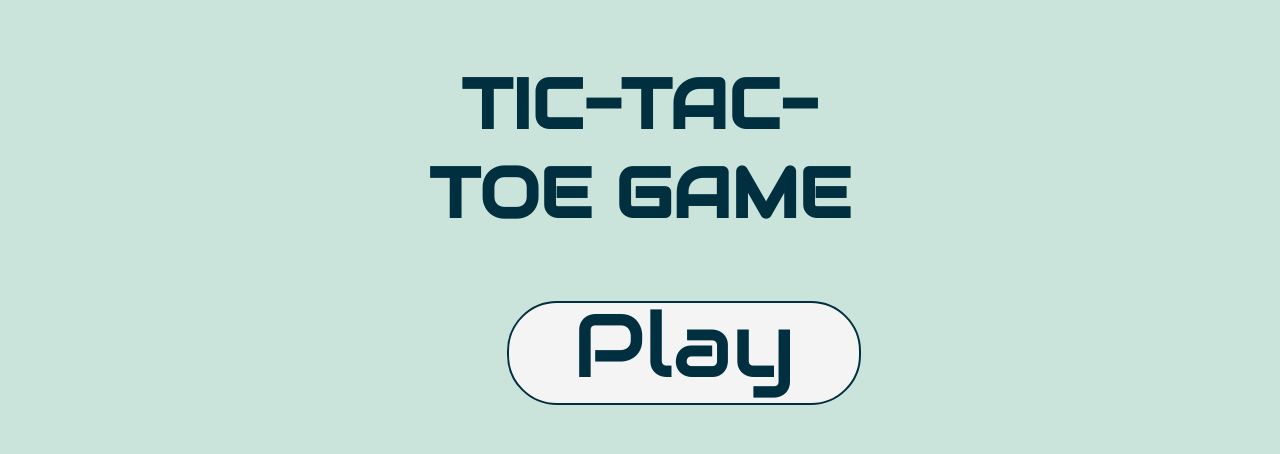
Repository: blackSky1213/tic-tac-toe
Page: index.html
The author's editor kept a copy of each file at every save. The page is drawn from the files as they stood at one save, then again after a run of saves.
The browser window is 1280 px wide. The pictures show the whole page.

Above is the page before, as saved 2020-12-28 20:57:59.

After the next 2 saves:
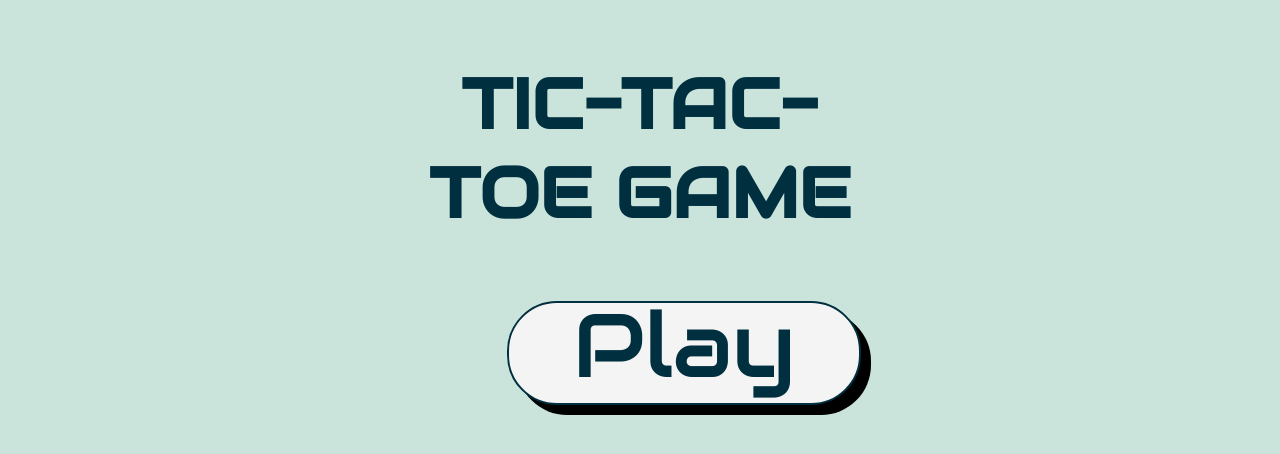
The 2 saves are shown as one change because they came seconds apart.
The last was saved 3 min 24 s later.
--- a/styles/index.css
+++ b/styles/index.css
@@ -19,7 +19,7 @@ body{
     text-align: center;
     font-size: 90px;
     border:solid 2px #00303f;
-    box-shadow:
+    box-shadow:10px 10px
 
 
 }
